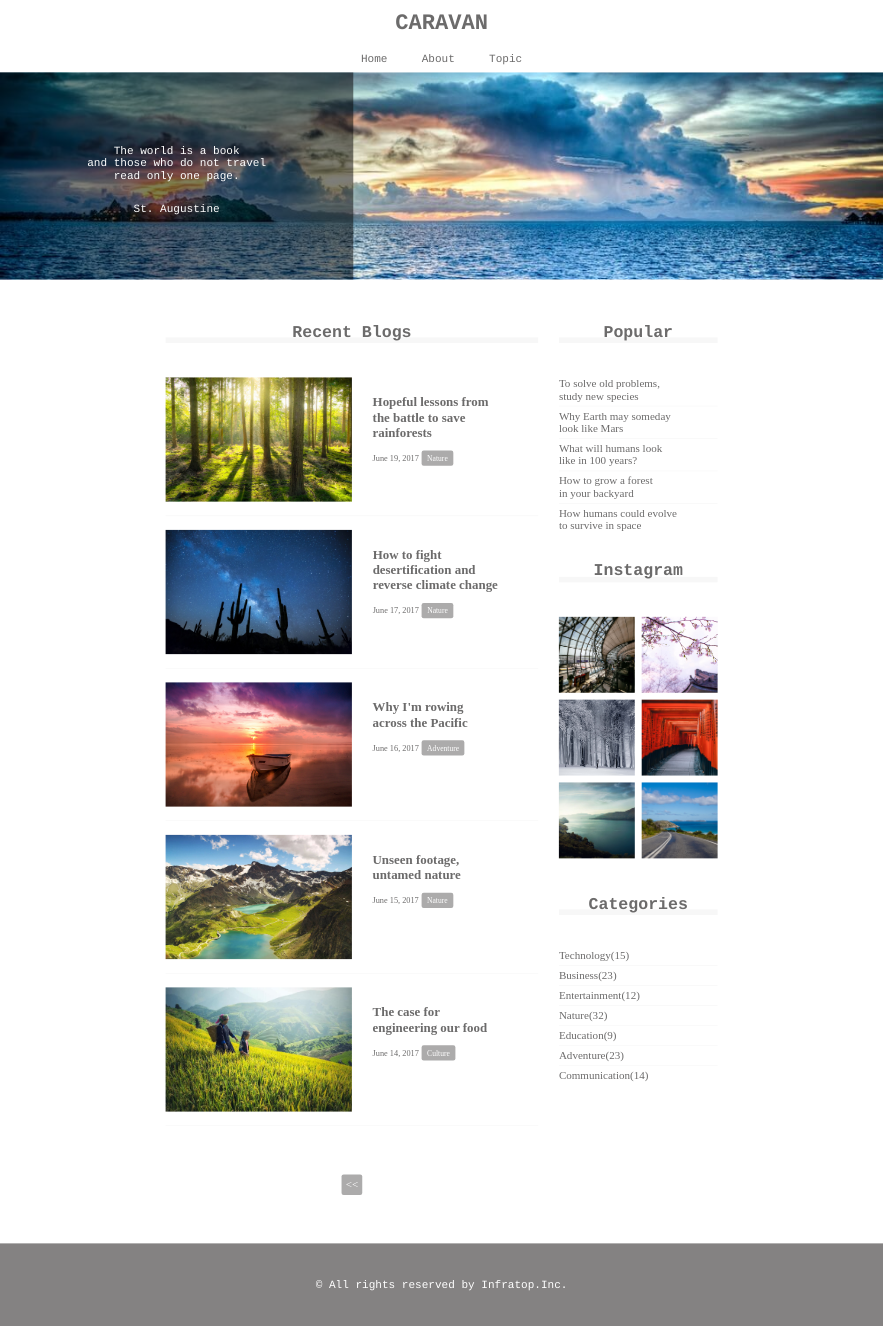
Repository: Akito33/html-css
Page: caravan/index.html
The author's editor kept a record of every edit. The page is drawn from the files as they stood at one moment, then again after the next edit.
The browser window is 1280 px wide. The pictures show the whole page, at 69% of full size.

Above is the page before.

### caravan/index.html
<!DOCTYPE html>
<html lang="ja">
  <head>
    <meta charset="UTF-8" />
    <!-- CSSファイルの読み込み -->
    <link rel="stylesheet" href="style.css" />
    <title>CARAVAN</title>
  </head>

  <body>
    <!-- header -->
    <header>
      <h1 class="heading">
        <a href="index.html">
          CARAVAN
        </a>
      </h1>
    </header>

    <!-- navigation -->
    <nav>
      <ul class="nav-list">
        <li class="nav-list-item">
          <a href="index.html">Home</a>
        </li>
        <li class="nav-list-item">About</li>
        <li class="nav-list-item">Topic</li>
      </ul>
    </nav>

    <!-- main-visual用のdiv -->
    <div class="main-visual">
      <div class="main-visual-content">
        <p class="main-visual-text">
          The world is a book<br />
          and those who do not travel<br />
          read only one page.
        </p>
        <p class="main-visual-name">
          St. Augustine
        </p>
      </div>
    </div>

    <!-- main用のdiv -->
    <main>
      <section class="blog">
        <h2 class="blog-heading">Recent Blogs</h2>
        <div class="blog-box">
          <div class="blog-item">
            <img class="blog-image" src="img/forest.jpg" />
            <section class="blog-text">
              <h3 class="blog-text-heading">
                <a href="single.html">
                  Hopeful lessons from<br />
                  the battle to save<br />
                  rainforests
                </a>
              </h3>
              <p class="blog-date">June 19, 2017</p>
              <span class="category">Nature</span>
            </section>
          </div>
          <div class="blog-item">
            <img class="blog-image" src="img/desert.jpg" />
            <section class="blog-text">
              <h3 class="blog-text-heading">
                <a href="single.html">
                  How to fight<br />
                  desertification and<br />
                  reverse climate change
                </a>
              </h3>
              <p class="blog-date">June 17, 2017</p>
              <span class="category">Nature</span>
            </section>
          </div>
          <div class="blog-item">
            <img class="blog-image" src="img/sunset.jpg" />
            <section class="blog-text">
              <h3 class="blog-text-heading">
                <a href="single.html">
                  Why I'm rowing<br />
                  across the Pacific
                </a>
              </h3>
              <p class="blog-date">June 16, 2017</p>
              <span class="category">Adventure</span>
            </section>
          </div>
          <div class="blog-item">
            <img class="blog-image" src="img/italy.jpg" />
            <section class="blog-text">
              <h3 class="blog-text-heading">
                <a href="single.html">
                  Unseen footage,<br />
                  untamed nature
                </a>
              </h3>
              <p class="blog-date">June 15, 2017</p>
              <span class="category">Nature</span>
            </section>
          </div>
          <div class="blog-item">
            <img class="blog-image" src="img/asia.jpg" />
            <section class="blog-text">
              <h3 class="blog-text-heading">
                <a href="single.html">
                  The case for<br />
                  engineering our food
                </a>
              </h3>
              <p class="blog-date">June 14, 2017</p>
              <span class="category">Culture</span>
            </section>
          </div>
        </div>
        <div class="pagination">
            <p><<</p>






        </div>








      </section>

      <div class="sidebar">
        <section class="popular">
          <h2 class="popular-heading common-heading">Popular</h2>
          <div class="sidebar-contents">
            <p class="popular-text">To solve old problems,<br>study new species</p>
            <p class="popular-text">Why Earth may someday<br>look like Mars</p>
            <p class="popular-text">What will humans look<br>like in 100 years?</p>
            <p class="popular-text">How to grow a forest<br>in your backyard</p>
            <p class="popular-text">How humans could evolve<br>to survive in space</p>
          </div>
        </section>
        <section class="instagram">
          <h2 class="instagram-heading common-heading">Instagram</h2>
          <div class="sidebar-contents">
            <div class="instagram-box"></div>
            <div class="instagram-box"></div>
            <div class="instagram-box"></div>
            <div class="instagram-box"></div>
            <div class="instagram-box"></div>
            <div class="instagram-box"></div>
          </div>
        </section>
        <section class="categories">
          <h2 class="categories-heading common-heading">Categories</h2>
          <div class="sidebar-contents">
            <p class="categories-text">Technology(15)</p>
            <p class="categories-text">Business(23)</p>
            <p class="categories-text">Entertainment(12)</p>
            <p class="categories-text">Nature(32)</p>
            <p class="categories-text">Education(9)</p>
            <p class="categories-text">Adventure(23)</p>
            <p class="categories-text">Communication(14)</p>
          </div>
        </section>
      </div>    </main>

    <!-- footer -->
    <footer>
      <p class="footer-text">© All rights reserved by Infratop.Inc.</p>
    </footer>
  </body>
</html>

### caravan/style.css
/* ブラウザがそれぞれ持っているCSSをリセットするための記述 */
* {
  margin: 0;
  padding: 0;
  box-sizing: border-box;
  color: #6c6b6b;
}

a {
  text-decoration: none;
}

header, nav, h2, .main-visual, footer {
  font-family: Chalkduster, "Bradley Hand", Courier, "Segoe Print", sans-serif;
}

header {
  width: 90%; /* 横幅90% */
  padding: 15px 0;
  margin: 0 auto;
  text-align: center;
  position: relative;
}

.social i {
  display: inline-block;
  margin-left: 20px;
}

.social {
  position: absolute;
  top: 22px;
  right: 22px;
}

header .heading {
  /* headerタグ内のheadingクラスにのみ反映される */
  font-size: 32px;
}

.nav-list {
  text-align: center;
  padding: 10px 0;
  margin: 0 auto;
}

.nav-list-item {
  list-style: none;
  display: inline-block;
  margin: 0 20px;
}

.main-visual {
  width: 100%; /* 横幅いっぱい */
  height: 300px; /* 高さ300px */
  background-image: url(img/mv.jpg);
  background-size: cover; /* 縦横比を維持したまま背景領域を埋め尽くす */
  background-position: center; /* 背景画像を中央に配置 */
}

.main-visual-content {
  width: 40%; /* 横幅40% */
  height: 300px; /* 親の高さに揃える */
  background-color: rgba(0, 0, 0, 0.5); /* 背景色を半透明の黒にする */
  text-align: center; /* 文字を中央揃えにする */
  padding-top: 105px; /* 上側の内側余白で垂直方向の位置を調整 */
}

.main-visual-text {
  color: #fff; /* 文字色を白に変更 */
}

.main-visual-name {
  margin-top: 30px; /* 上側の外側の余白 */
  color: #fff; /* 文字色を白に変更 */
}

main {
  width: 800px; /* 横幅800px */
  display: flex; /* Flexboxの利用 */
  justify-content: center; /* 要素の横並び・中央寄せ */
  margin: 0 auto; /* 要素の中央揃え */
  padding: 70px 0; /* 上下に70px、左右に0pxの内側余白 */
}

.blog {
  width: 540px;
  margin-right: 30px; /* 領域の右側余白 */
}

.blog-heading {
  border-bottom: 8px solid #f7f7f7;
  text-align: center;
  line-height: 0.6;
}

.blog-box {
  padding-top: 50px;
}

.blog-item {
  padding-bottom: 20px;
  margin-bottom: 20px;
  border-bottom: 1px solid #f7f7f7;
  display: flex;
  justify-content: flex-start;
}

.blog-image {
  height: 180px;
}

.blog-text {
  padding: 25px 0 0 30px;
}

.blog-text-heading {
  padding-bottom: 15px;
}

.blog-date {
  font-size: 12px;
  display: inline-block;
}

.category {
  display: inline-block;
  padding: 5px 8px;
  background-color: #acabab;
  border-radius: 3px;
  color: #fff;
  font-size: 11px;
}

.pagination {
  text-align: center;
  padding-top: 50px;
}
.pagination p {
  display: inline-block;
  width: 30px;
  height: 30px;
  margin: 0 5px;
  color: #fff;
  background-color: #acabab;
  border-radius: 3px;
  line-height: 30px;
}

.sidebar {
  width: 230px;
}
.common-heading {
  border-bottom: 8px solid #f7f7f7;
  text-align: center;
  line-height: 0.6;
}
.sidebar-contents {
  padding: 50px 0;
}
.popular-text,
.categories-text {
  padding-bottom: 5px;
  border-bottom: 1px solid #f7f7f7;
  margin-bottom: 5px;
}
.popular-text:last-child,
.categories-text:last-child {
  margin: 0;
  padding: 0;
  border: none;
}

.instagram .sidebar-contents {
  display: flex;
  flex-wrap: wrap;
}

.instagram-box {
  width: 110px;
  padding-top: 110px;
  background-size: cover;
  background-position: center;
  margin-bottom: 10px;
}
.instagram-box:nth-child(odd) {
  margin-right: 10px;
}
.instagram-box:nth-child(1) {
  background-image: url(img/airport.jpg);
}
.instagram-box:nth-child(2) {
  background-image: url(img/japan.jpg);
}
.instagram-box:nth-child(3) {
  background-image: url(img/snow.jpg);
}
.instagram-box:nth-child(4) {
  background-image: url(img/japan2.jpg);
}
.instagram-box:nth-child(5) {
  background-image: url(img/lake.jpg);
}
.instagram-box:nth-child(6) {
  background-image: url(img/road.jpg);
}

footer {
  width: 100%;
  height: 120px;
  text-align: center;
  line-height: 120px;
  background-color: #848282;
}

.footer-text {
  color: #fff;
}

After the next edit:
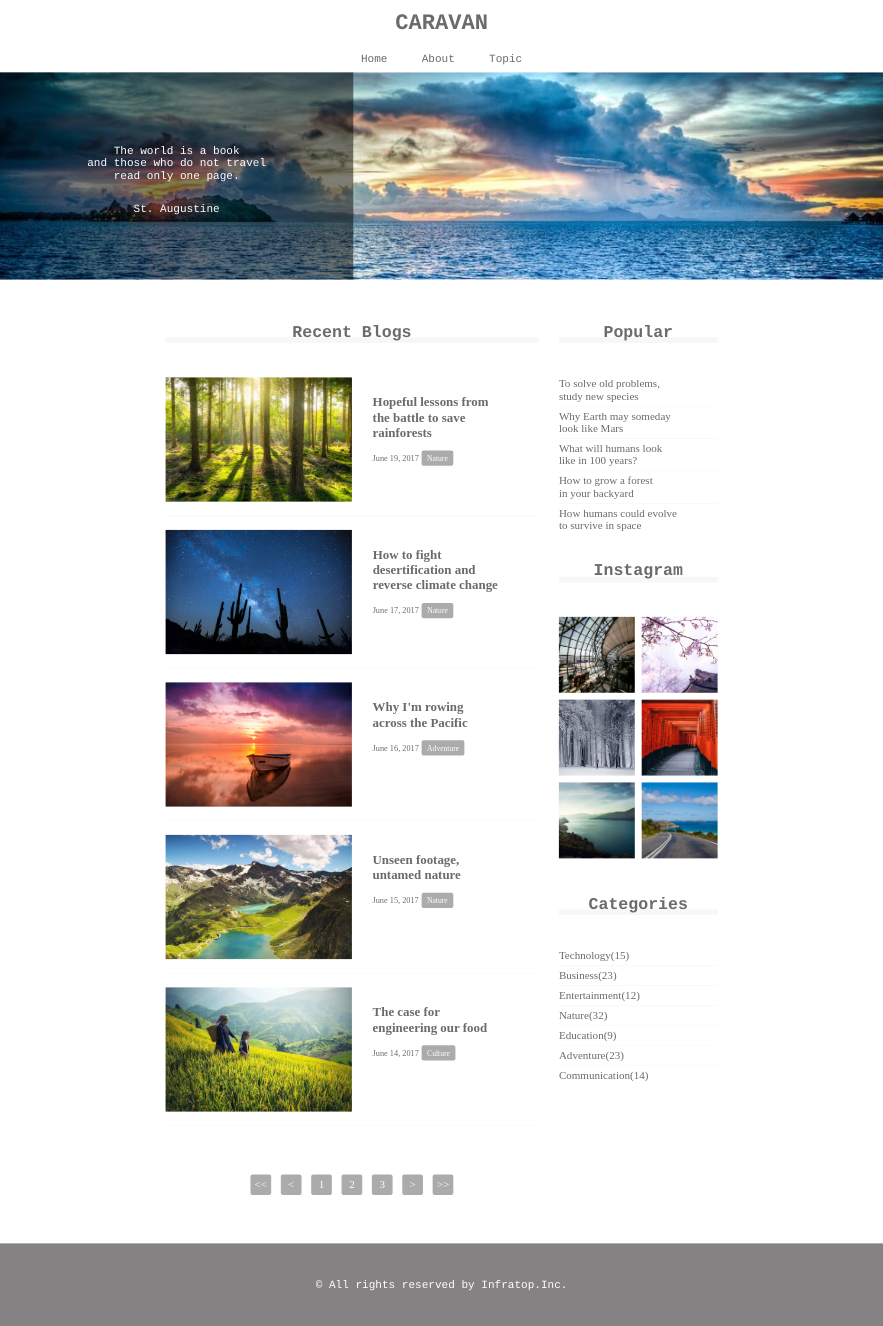
The edit:
--- a/caravan/index.html
+++ b/caravan/index.html
@@ -117,12 +117,12 @@
         </div>
         <div class="pagination">
             <p><<</p>
-
-
-
-
-
-
+            <p><</p>
+            <p>1</p>
+            <p>2</p>
+            <p>3</p>
+            <p>></p>
+            <p>>></p>
         </div>
 
 
